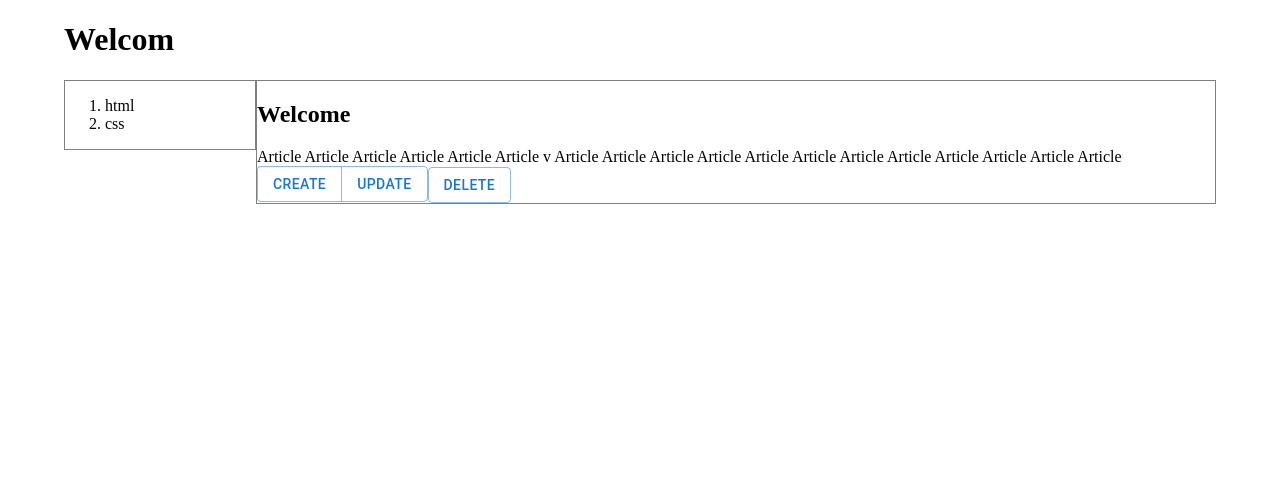
Repository: chlwpdnswku/nextjsportpolioclone
Page: /
The author's editor kept a copy of each file at every save. The page is drawn from the files as they stood at one save, then again after the next save.
The browser window is 1280 px wide. The pictures show the whole page.
The project was rebuilt for these pictures with package versions that can differ from the ones it lists, and the page was loaded fresh each time. The framework's server and built-in components were replaced by stand-ins that run in the browser. Also part of the build but not shown: next.config.js.

Above is the page before, as saved 2022-08-05 16:26:19.

After the next save:
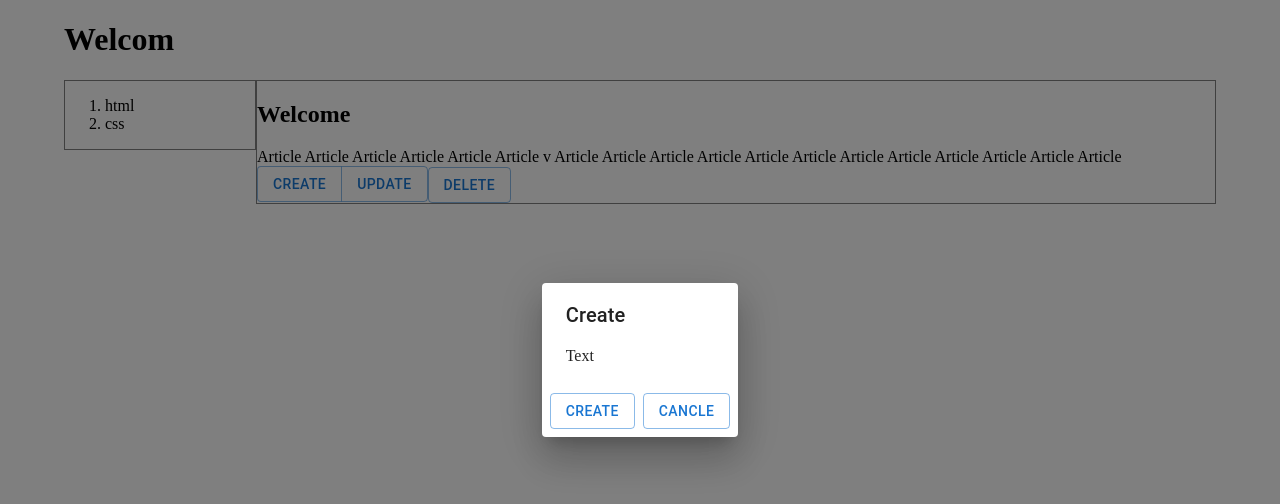
Saved 37 s later.
--- a/pages/index.tsx
+++ b/pages/index.tsx
@@ -71,7 +71,7 @@
       </ButtonGroup>
       <Button variant='outlined'>Delete</Button>
       {/* 컨텐츠영역만밝게 표시가된다 */}
-      <Dialog open={false}>
+      <Dialog open={open}>
         <DialogTitle>Create</DialogTitle>
         <DialogContent>Text</DialogContent>
         <DialogActions>

After the 3 saves that followed:
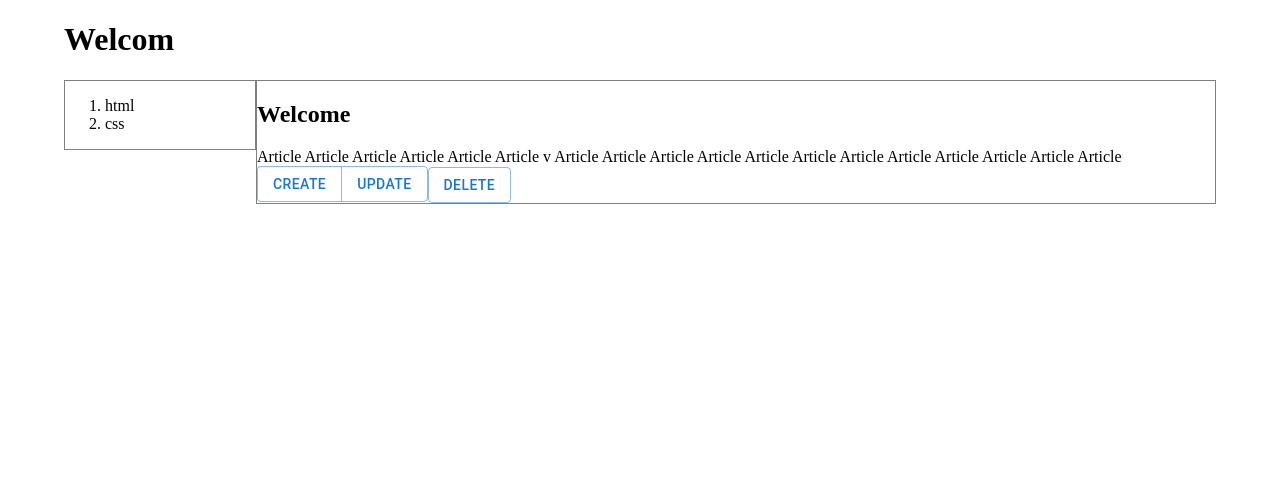
The 3 saves are shown as one change because 1 left the picture as it was and some came seconds apart.
The last was saved 21 s later.
--- a/pages/index.tsx
+++ b/pages/index.tsx
@@ -71,7 +71,7 @@
       </ButtonGroup>
       <Button variant='outlined'>Delete</Button>
       {/* 컨텐츠영역만밝게 표시가된다 */}
-      <Dialog open={open}>
+      <Dialog open={false}>
         <DialogTitle>Create</DialogTitle>
         <DialogContent>Text</DialogContent>
         <DialogActions>
